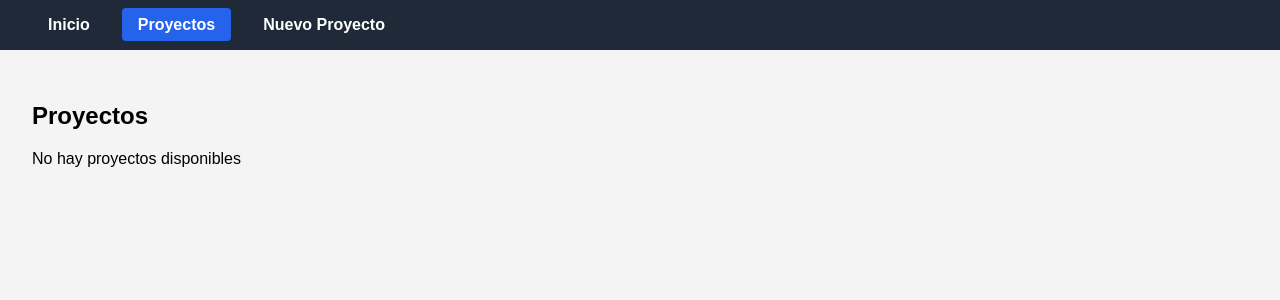
Repository: osoriomrs/ICS_IA
Page: /projects (app in EJER_10.2/)
These files come from the project's save history. The page is drawn as it stood at one moment and after a run of saves; the edit follows.
The browser window is 1280 px wide. The pictures show the whole page.
The project was rebuilt for these pictures with package versions that can differ from the ones it lists, and the page was loaded fresh each time. Also part of the build but not shown: EJER_10.2/vite.config.js, EJER_10.2/src/routes/HomePage.jsx, EJER_10.2/src/routes/NewProjectPage.jsx.

Above is the page before, as saved 2026-01-22 13:28:56.

### EJER_10.2/index.html
<!doctype html>
<html lang="en">
  <head>
    <meta charset="UTF-8" />
    <link rel="icon" type="image/svg+xml" href="/vite.svg" />
    <meta name="viewport" content="width=device-width, initial-scale=1.0" />
    <title>ejer-10-2</title>
  </head>
  <body>
    <div id="root"></div>
    <script type="module" src="/src/main.jsx"></script>
  </body>
</html>

### EJER_10.2/src/main.jsx
import React from "react";
import ReactDOM from "react-dom/client";
import { createBrowserRouter, RouterProvider } from "react-router-dom";
import RootLayout from "./routes/RootLayout.jsx";
import HomePage from "./routes/HomePage.jsx";
import ProjectsPage, { loader as projectsLoader } from "./routes/ProjectsPage.jsx";
import NewProjectPage, { action as newProjectAction } from "./routes/NewProjectPage.jsx";

const router = createBrowserRouter([
  {
    path: "/",
    element: <RootLayout />,
    children: [
      { index: true, element: <HomePage /> },
      {
        path: "projects",
        element: <ProjectsPage />,
        loader: projectsLoader,
      },
      {
        path: "projects/new",
        element: <NewProjectPage />,
        action: newProjectAction,
      },
    ],
  },
]);

ReactDOM.createRoot(document.getElementById("root")).render(
  <React.StrictMode>
    <RouterProvider router={router} />
  </React.StrictMode>
);

### EJER_10.2/src/routes/RootLayout.jsx
import { Outlet, NavLink } from "react-router-dom";
import "./RootLayout.css";

export default function RootLayout() {
  return (
    <>
      <header>
        <nav>
          <ul className="nav-list">
            <li>
              <NavLink to="/" end className={({ isActive }) => isActive ? "active" : ""}>Inicio</NavLink>
            </li>
            <li>
              <NavLink to="/projects" className={({ isActive }) => isActive ? "active" : ""}>Proyectos</NavLink>
            </li>
            <li>
              <NavLink to="/projects/new" className={({ isActive }) => isActive ? "active" : ""}>Nuevo Proyecto</NavLink>
            </li>
          </ul>
        </nav>
      </header>
      <main>
        <Outlet />
      </main>
    </>
  );
}

### EJER_10.2/src/routes/ProjectsPage.jsx
import ProjectList from "../components/ProjectList.jsx";
import { getProjects } from "../utils/api.js";

export async function loader() {
  const projects = await getProjects();
  return { projects };
}

export default function ProjectsPage({ loaderData }) {
  const { projects } = loaderData || {};
  return (
    <div>
      <h2>Proyectos</h2>
      <ProjectList projects={projects} />
    </div>
  );
}

### EJER_10.2/src/routes/RootLayout.css
body {
  margin: 0;
  font-family: Arial, Helvetica, sans-serif;
  background-color: #f4f4f4;
}

header {
  background-color: #1f2937;
  padding: 1rem 2rem;
}

nav ul.nav-list {
  list-style: none;
  display: flex;
  gap: 1rem;
  margin: 0;
  padding: 0;
}
nav ul.nav-list li a {
  color: #fff;
  text-decoration: none;
  font-weight: bold;
  padding: 0.5rem 1rem;
  border-radius: 4px;
  transition: background-color 0.2s ease;
}

nav ul.nav-list li a:hover {
  background-color: #374151;
}

nav ul.nav-list li a.active {
  background-color: #2563eb;
  color: #fff;
}

main {
  padding: 2rem;
}

### EJER_10.2/src/components/ProjectList.jsx
import React from "react";

export default function ProjectList({ projects = [] }) {
  if (!projects.length) return <p>No hay proyectos disponibles</p>;

  return (
    <ul>
      {projects.map((project) => (
        <li key={project.id}>{project.name}</li>
      ))}
    </ul>
  );
}

### EJER_10.2/src/utils/api.js
let projects = [
  { id: "p1", name: "Proyecto Alpha" },
  { id: "p2", name: "Proyecto Beta" },
];

export async function getProjects() {
  return projects;
}

export async function createProject(project) {
  const id = "p" + (projects.length + 1);
  projects.push({ ...project, id });
}

After the next 2 saves:
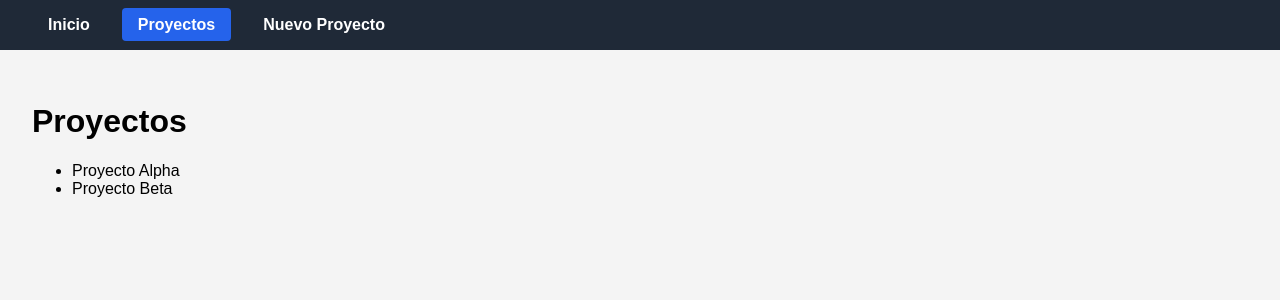
The 2 saves are shown as one change because 1 did not build or start.
The last was saved 87 s later.
--- a/EJER_10.2/src/routes/ProjectsPage.jsx
+++ b/EJER_10.2/src/routes/ProjectsPage.jsx
@@ -1,17 +1,20 @@
-import ProjectList from "../components/ProjectList.jsx";
-import { getProjects } from "../utils/api.js";
+import React from "react";
+import { useLoaderData } from "react-router-dom";
+import ProjectList from "../components/ProjectList";
+import { getProjects } from "../utils/api";
 
-export async function loader() {
-  const projects = await getProjects();
-  return { projects };
-}
-
-export default function ProjectsPage({ loaderData }) {
-  const { projects } = loaderData || {};
+export default function ProjectsPage() {
+  const projects = useLoaderData() || [];
   return (
     <div>
-      <h2>Proyectos</h2>
+      <h1>Proyectos</h1>
       <ProjectList projects={projects} />
     </div>
   );
 }
+
+// Loader exportado para React Router
+export async function loader() {
+  const data = await getProjects();
+  return data || [];
+}
